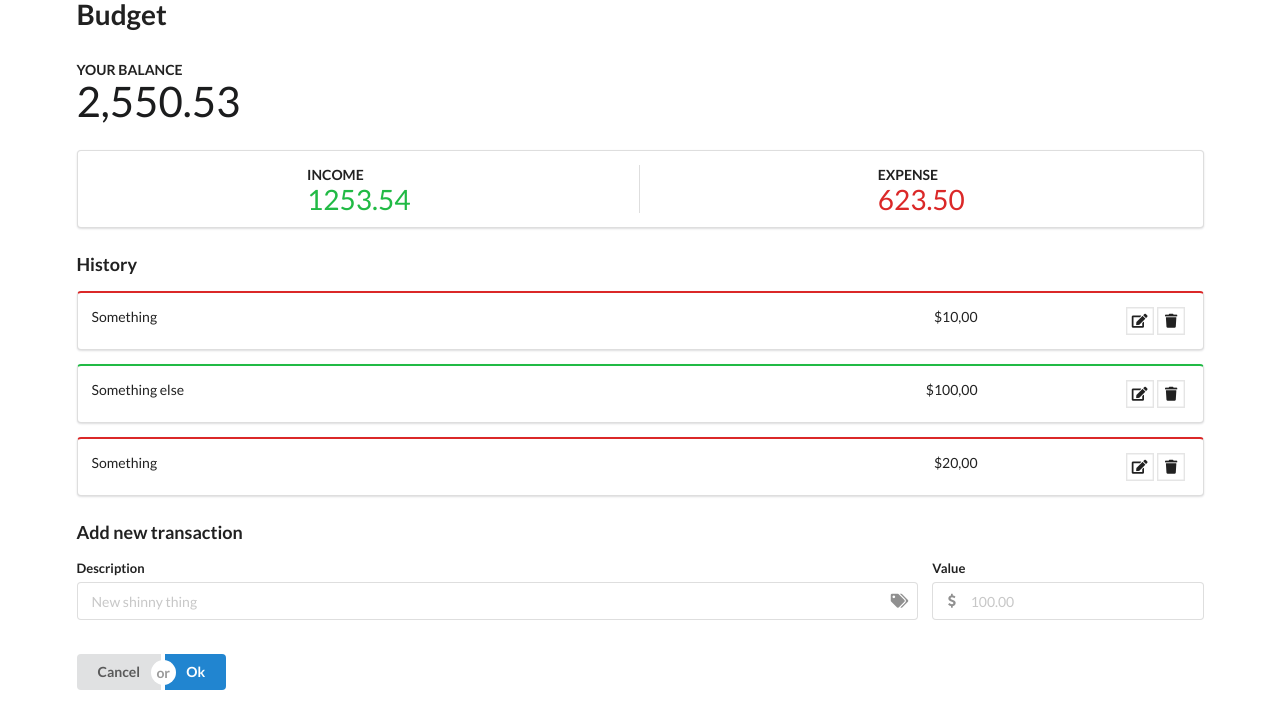
Repository: khuetn/budget-react
Page: /
An editor plug-in stored every save of this project. The page is shown before and after the next save, followed by the edit.
The browser window is 1280 px wide. The pictures show the whole page.
The project was rebuilt for these pictures with package versions that can differ from the ones it lists, and the page was loaded fresh each time. Also part of the build but not shown: src/App.css.

Above is the page before, as saved 2021-07-17 10:29:39.

After the next save:
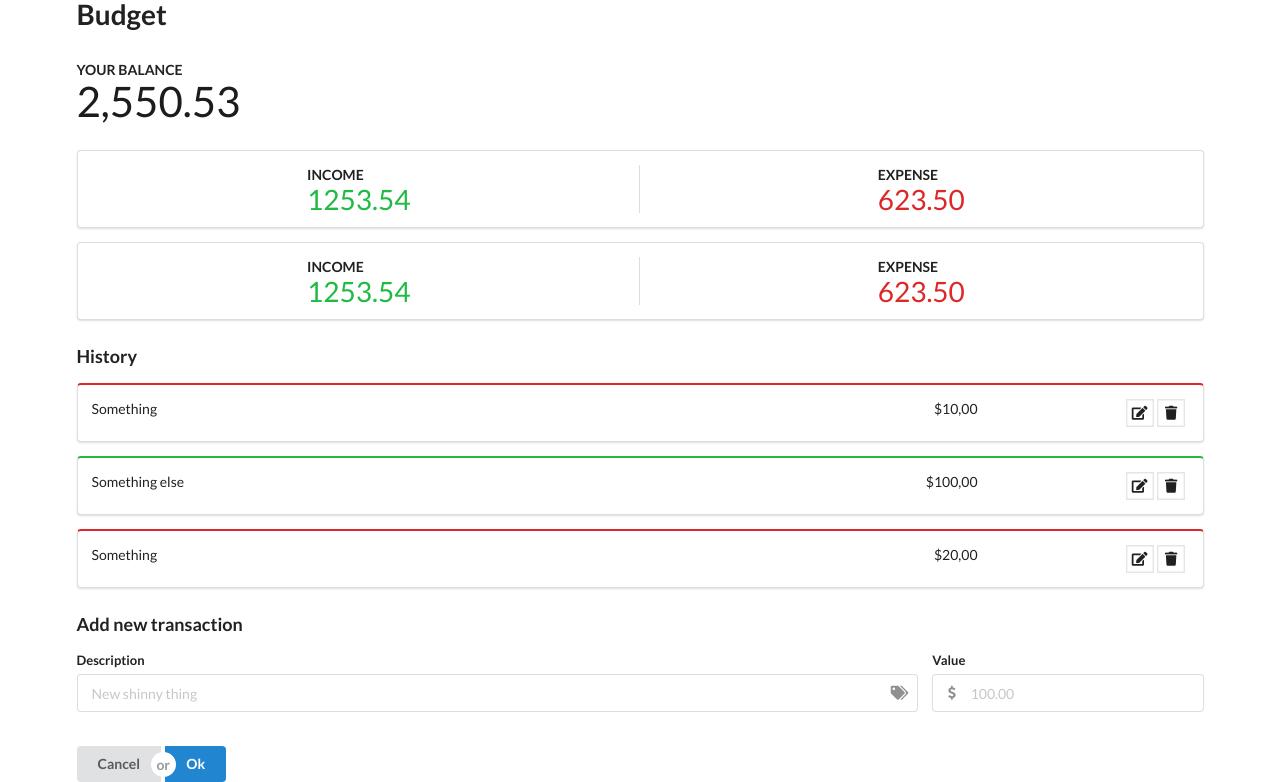
Saved 49 s later.
--- a/src/App.js
+++ b/src/App.js
@@ -11,6 +11,7 @@
 import "./App.css";
 import ButtonSaveorCancel from "./components/ButtonSaveorCancel";
 import DisplayBalance from "./components/DisplayBalance";
+import DisplayBalances from "./components/DisplayBalances";
 import MainHeader from "./components/MainHeader";
 import NewEntryForm from "./components/NewEntryForm";
 
@@ -20,7 +21,7 @@
       <MainHeader title="Budget" />
 
       <DisplayBalance title="Your Balance" value="2,550.53" size="small" />
-
+      <DisplayBalances />
       <Segment textAlign="center">
         <Grid columns={2} divided>
           <Grid.Row>

After the save that followed:
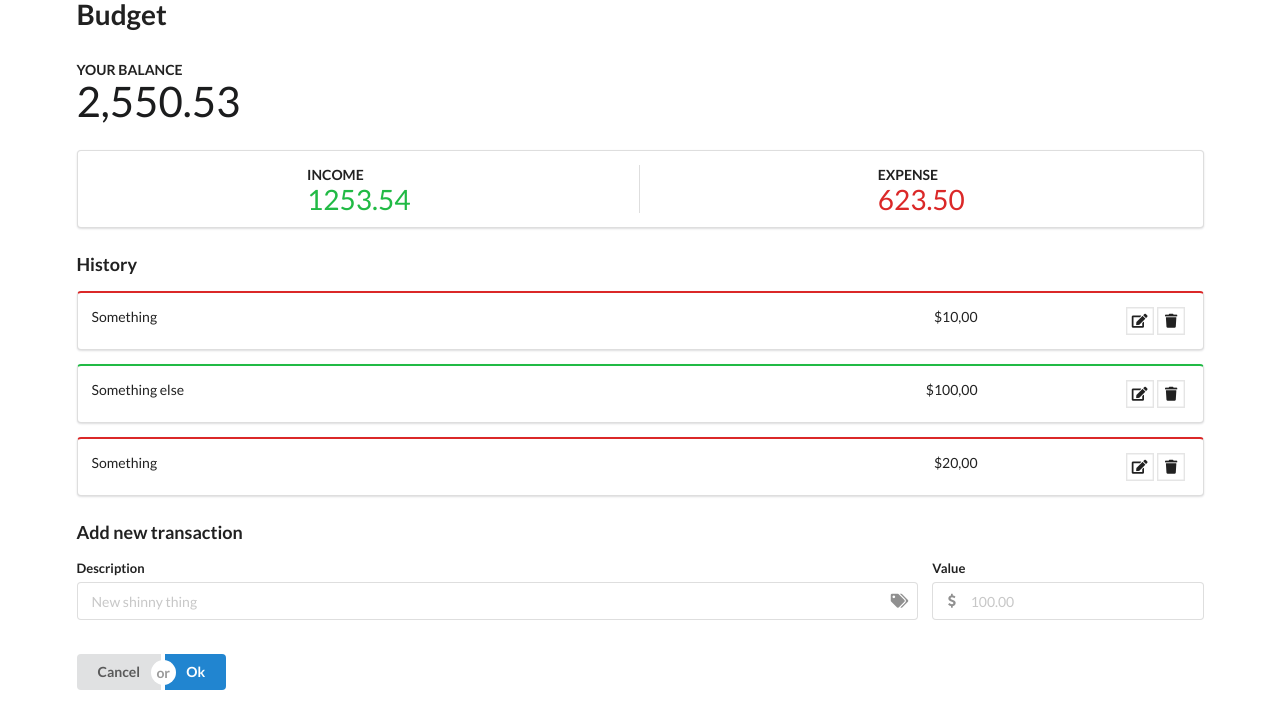
Saved 89 s later.
--- a/src/App.js
+++ b/src/App.js
@@ -22,18 +22,6 @@
 
       <DisplayBalance title="Your Balance" value="2,550.53" size="small" />
       <DisplayBalances />
-      <Segment textAlign="center">
-        <Grid columns={2} divided>
-          <Grid.Row>
-            <Grid.Column>
-              <DisplayBalance title="income" value="1253.54" color="green" />
-            </Grid.Column>
-            <Grid.Column>
-              <DisplayBalance title="expense" value="623.50" color="red" />
-            </Grid.Column>
-          </Grid.Row>
-        </Grid>
-      </Segment>
 
       <MainHeader title="History" type="h3" />
 
